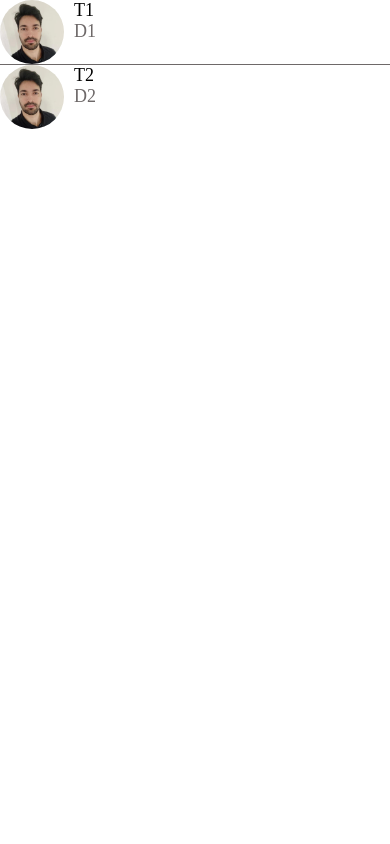
Repository: georgehgfonseca/F05-Trena-Native
Screen: /
These files come from the project's save history. The screen is drawn as it stood at one moment and after the next save; the edit follows.
The app was drawn by React Native's web renderer in a window 390 px wide. The project was rebuilt for these pictures with package versions that can differ from the ones it lists, and the page was loaded fresh each time. Some packages were replaced by stand-ins written for this rebuild.

Above is the screen before, as saved 2022-10-13 18:12:23.

After the next save:
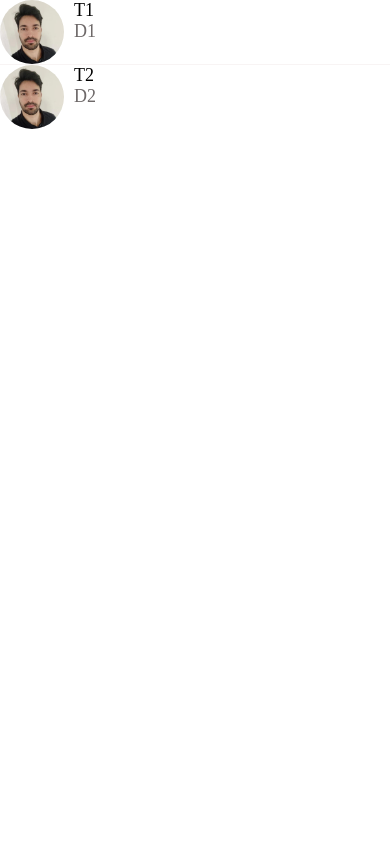
Saved 6 s later.
--- a/app/components/ListItemSeparator.tsx
+++ b/app/components/ListItemSeparator.tsx
@@ -11,6 +11,6 @@ const styles = StyleSheet.create({
   separator: {
     width: "100%",
     height: 1,
-    backgroundColor: colors.gray,
+    backgroundColor: colors.lightGray,
   },
 });
